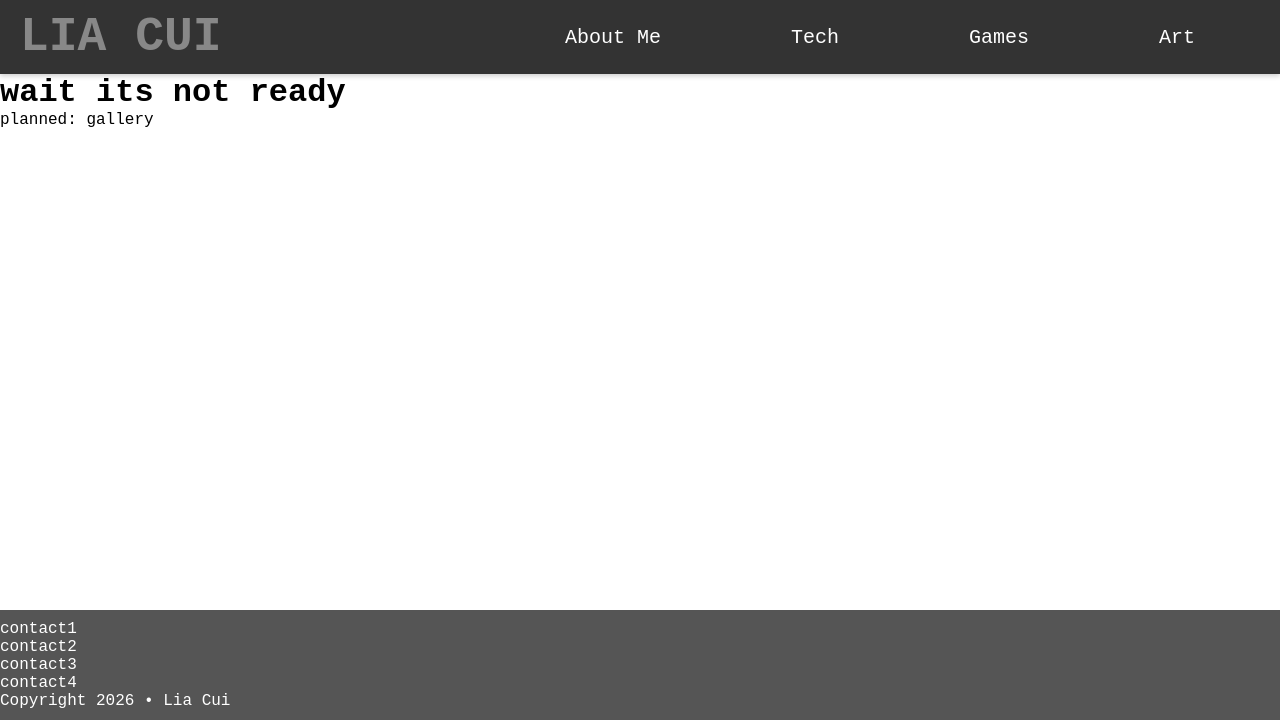
Repository: ljcui1/Lia-Cui-Portfolio
Page: subpages/art_index.html
An editor plug-in stored every save of this project. The page is shown before and after the next save, followed by the edit.
The browser window is 1280 px wide. The pictures show the whole page.

Above is the page before, as saved 2026-01-15 11:56:15.

### subpages/art_index.html
<!DOCTYPE html>
<html lang="en">
<head>
    <meta charset="UTF-8">
    <meta name="viewport" content="width=device-width, initial-scale=1.0">
    <title>Lia Cui's Art Portfolio</title>
    <link rel="stylesheet" href="../style.css">
</head>
<body>

    <header>
        <div id="logo">
            <h1>
                LIA CUI
            </h1>
        </div>
        <nav>
            <ul>
                <li><a href="../index.html">About Me</a></li>
                <li><a href="tech_index.html">Tech</a></li>
                <li><a href="games_index.html">Games</a></li>
                <li><a href="art_index.html" class="currPage">Art</a></li>
            </ul>
        </nav>
    </header>

    <main>
    <h1>wait its not ready</h1>
    <p>planned: gallery</p>
    </main>

    <footer>
        <div id="contact">
            <ul>
                <li>contact1</li>
                <li>contact2</li>
                <li>contact3</li>
                <li>contact4</li>
            </ul>
        </div>
        <p>Copyright 2026 • Lia Cui</p>
    </footer>
</body>
</html>

### style.css
@import url('https://fonts.googleapis.com/css2?family=Source+Code+Pro:ital,wght@0,200..900;1,200..900&display=swap');

.source-code-pro- {
  font-family: "Source Code Pro", monospace;
  font-optical-sizing: auto;
  font-weight: 10;
  font-style: normal;
}

* {
    margin: 0;
    padding: 0;
    box-sizing: border-box;
    /*set background color*/
}

body {
    font-family: 'Source Pro Code', monospace;
    display: flex;
    flex-direction: column; /*stacks flexbox children vertically*/
    min-height: 100vh; /*ensure body takes up full viewport*/
    margin: 0;
}

main {
    flex: 1;
}

/*header styling*/
header {
    /*temp colors*/
    background-color: #333;
    color: white;
    padding: 10px 0;
    display: flex;
    justify-content: space-between;
    align-items: center;
    box-shadow: 0 2px 5px rgba(0, 0, 0, 0.2);
}

/*footer styling*/
footer {
    /*temp colors*/
    background-color: #555;
    color: white;
    padding: 10px 0;
    text-justify: center;
    align-items: center;
}

#logo {
    color: #888;
    padding-left: 20px;
    font-size: 1.5em;
    font-weight: bold;
}

/*navbar styling*/
nav ul { /*specifically styling the unordered list in the navbar*/
    list-style-type: none; /*removes bullet points + other styling*/
    display: flex; /*flexboxes allow for horizontal display*/
    padding-right: 20px;
}

nav ul li a { /*specifically styling the unordered list item links in the navbar*/
    color: white;
    text-decoration: none;
    font-size: 20px;
    margin-left: 50px;
    margin-right: 50px;
    padding: 10px 15px;
    display: block; /*makes entire padding area clickable to corresponding link*/
    transition: background-color 0.3s;
}

nav ul li a:hover { /*specifically styling the hover state of the unordered list item links in the navbar*/
    background-color: #555;
}

After the next save:
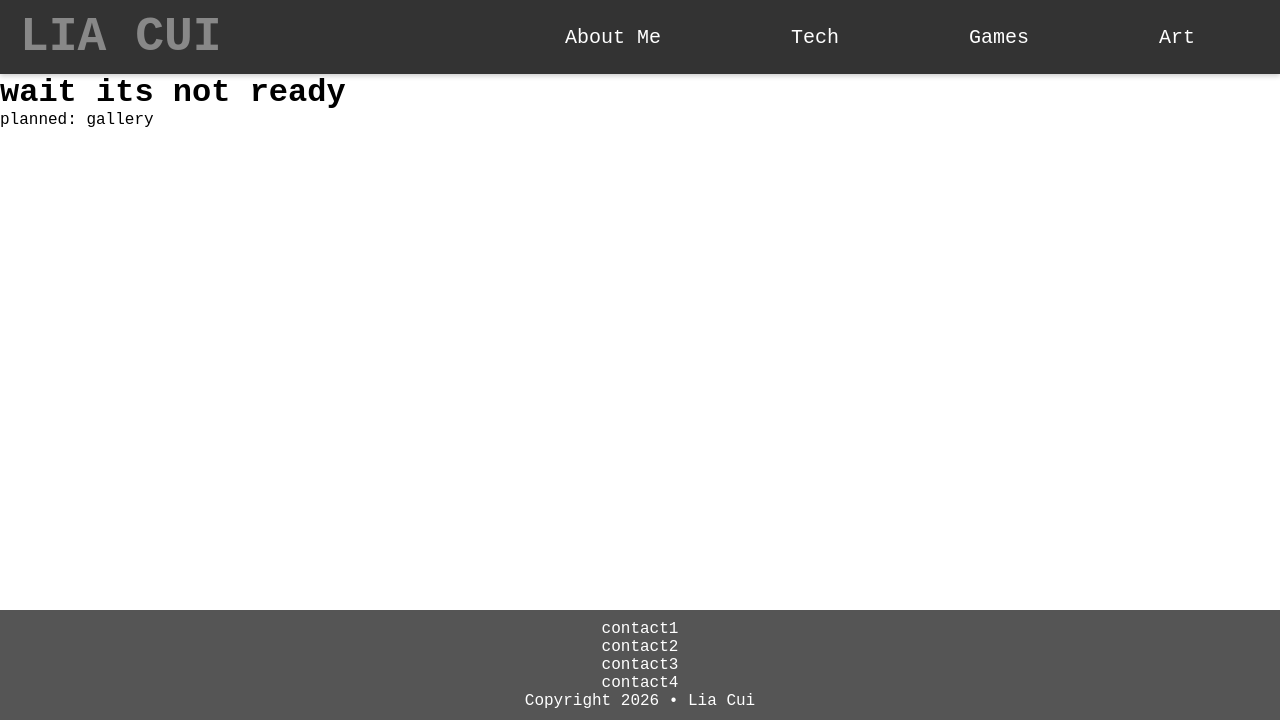
Saved 6 min 22 s later.
--- a/style.css
+++ b/style.css
@@ -44,7 +44,7 @@
     background-color: #555;
     color: white;
     padding: 10px 0;
-    text-justify: center;
+    text-align: center;
     align-items: center;
 }
 
